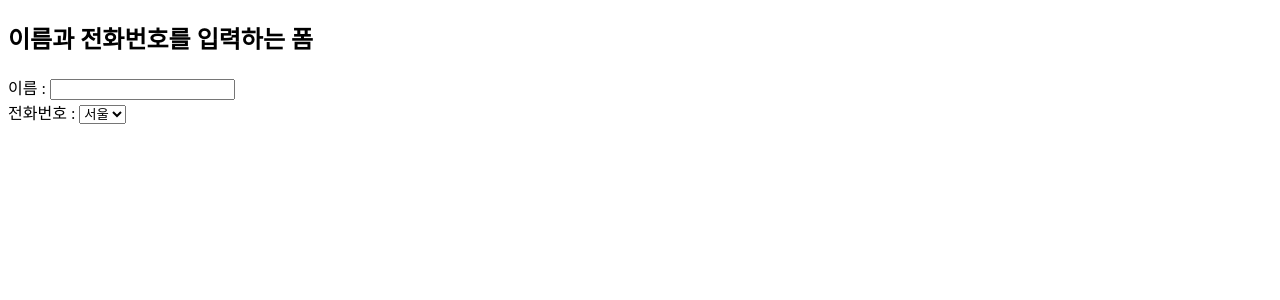
Repository: gugucon-hwan/ForStudyJSP
Page: http://localhost/StudyBasicJSP/ch06/ifMultiTestForm.jsp
The author's editor kept a copy of each file at every save. The page is drawn from the files as they stood at one save, then again after the next save.
The browser window is 1280 px wide. The pictures show the whole page.
The page is served by Tomcat 9. Other server files are loaded and not shown.

Above is the page before, as saved 2020-08-15 14:30:27.

### StudyBasicJSP/WebContent/ch06/ifMultiTestForm.jsp
<%@ page language="java" contentType="text/html; charset=UTF-8"
    pageEncoding="UTF-8"%>
<!DOCTYPE html>
<html>
<head>
<meta charset="UTF-8">
<title>이름과 전화번호를 입력하는 폼</title>
</head>
<body>
	<h2>이름과 전화번호를 입력하는 폼</h2>
	<form method="post" actoin="ifMultiTestPro.jsp">
		이름 : <input type="text" name="name"><br>
		전화번호 :
			<select name="local">
				<option value="서울">서울</option>
				<option value="경기">경기</option>
				<option value="강원">강원</option>
			</select>
	</form>
</body>
</html>

After the next save:
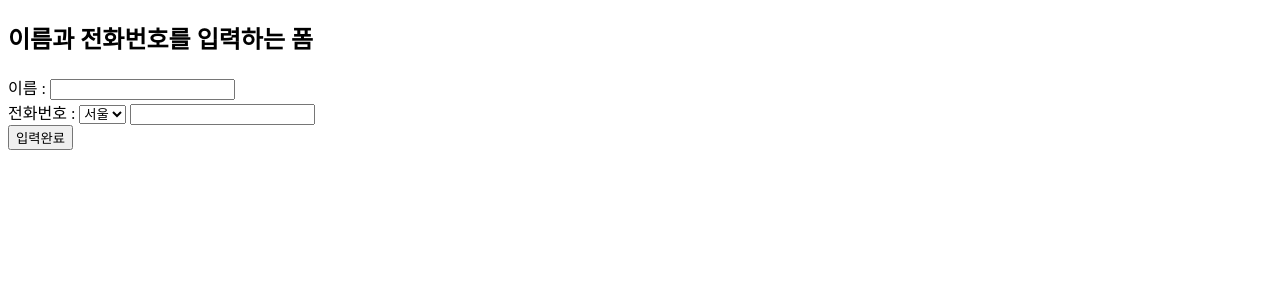
Saved 27 s later.
--- a/StudyBasicJSP/WebContent/ch06/ifMultiTestForm.jsp
+++ b/StudyBasicJSP/WebContent/ch06/ifMultiTestForm.jsp
@@ -16,6 +16,8 @@
 				<option value="경기">경기</option>
 				<option value="강원">강원</option>
 			</select>
+			<input type="text" name="tel"><br>
+			<input type="submit" value="입력완료">
 	</form>
 </body>
 </html>
